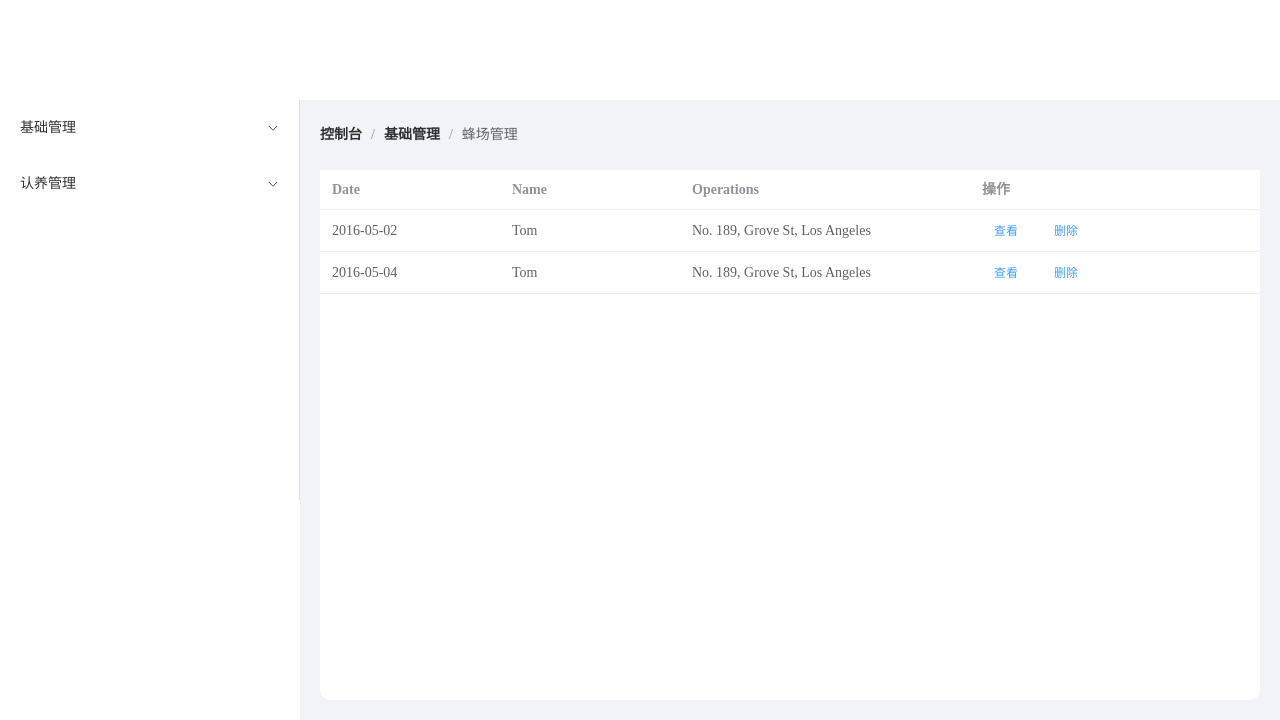
Repository: secret47/test-office-demo
Page: /dashboard/basic/farm
An editor plug-in stored every save of this project. The page is shown before and after a run of saves, followed by the edit.
The browser window is 1280 px wide. The pictures show the whole page.
The project was rebuilt for these pictures with package versions that can differ from the ones it lists, and the page was loaded fresh each time. Also part of the build but not shown: vite.config.js.

Above is the page before, as saved 2024-10-29 10:33:49.

### src/main.js
import { createApp } from 'vue'
import '@/style/main.scss'
import App from './App.vue'
import router from './router'

import lang from "./local"


import ElementPlus from "element-plus";
import 'element-plus/dist/index.css'
import * as ElementPlusIconsVue from '@element-plus/icons-vue'

const app = createApp(App);

for (const [key, component] of Object.entries(ElementPlusIconsVue)) {
    app.component(key, component)
}

app.use(lang)
app.use(ElementPlus)
app.use(router)
app.mount('#app')

### src/style/main.scss
* {
    padding: 0;
    margin: 0;
}

html,
body {
    width: 100%;
    height: 100%;
    background: #ffffff;
}

#app {
    width: 100%;
    height: 100%;
}

.main-container{
    width:100%;
    height: 100%;
}

### src/App.vue
<template>
  <!-- <div> -->
    <router-view />
  <!-- </div> -->
</template>

### src/router/index.js
import { createRouter, createWebHistory } from 'vue-router'
import layouts from "../layouts/index.vue"

const routes = [
    {
        path: '/',
        name: 'Login',
        component: () => import('@/views/login.vue'),
    },
    // 其他路由...
    {
        path: "/dashboard",
        name: "Dashboard",
        component: layouts,
        meta: {
            title: "控制中心"
        },
        children: [
            {
                path: "basic",
                name: "Basic",
                meta: {
                    title: "基础管理"
                },
                component: () => import("@/views/dashboard/basic/index.vue"),
                children: [
                    {
                        path: "farm",
                        name: "farm",
                        meta: {
                            title: "蜂场管理"
                        },
                        component: () => import("@/views/dashboard/basic/farm/index.vue"),
                    }
                ]

            }
        ]
    }
]

const router = createRouter({
    history: createWebHistory(),
    routes
})

export default router

### src/local/index.js
import { createI18n } from "vue-i18n";

import message from "./language"
const i18n = createI18n({
    locale: "zh",
    fallbackLocale: "zh",
    messages: message
})

export default i18n;

### src/layouts/index.vue
<template>
    <div class="layout">
        <el-container>
            <el-aside width="300px" class="side">
                <div class="logo"></div>
                <MenuComponent />
            </el-aside>
            <el-container class="container">
                <el-header>
                    <el-icon @click="toggleCollapse" class="toggle-icon">
                        <i class="toggle-icon-class"></i>
                    </el-icon>
                </el-header>
                <el-main>
                    <div class="bread">
                        <el-breadcrumb separator="/">
                            <el-breadcrumb-item :to="{ path: '/' }">控制台</el-breadcrumb-item>
                            <el-breadcrumb-item><a href="/">基础管理</a></el-breadcrumb-item>
                            <el-breadcrumb-item>蜂场管理</el-breadcrumb-item>
                        </el-breadcrumb>
                    </div>
                    <div class="main">
                        <router-view></router-view>
                    </div>
                </el-main>
            </el-container>
        </el-container>
    </div>
</template>

<script setup>
import MenuComponent from "./components/menu.vue"
import { ref } from 'vue';
const isCollapse = ref(false);
const toggleCollapse = () => {
    isCollapse.value = !isCollapse.value;
};
</script>

<style lang="scss" scoped>
.layout {
    width: 100%;
    height: 100%;

    .el-container {
        width: 100%;
        height: 100%;
    }

    .side {
        height: 100%;

        .logo {
            width: 100%;
            height: 100px;
        }
    }

    .container {
        width: calc(100% - 300px);
        height: 100%;

        .el-header {
            width: 100%;
            height: 100px;
            background: #ffffff;
        }

        .el-main {
            background: #F2F3F8;
            padding-top: 0;
            .bread {
                width: 100%;
                height: 70px;
                display: flex;
                flex-direction: column;
                justify-content: center;
            }

            .main {
                width: 100%;
                height: calc(100% - 70px);
                background: #ffffff;
                border-radius: 10px;
            }
        }
    }
}
</style>

### src/views/dashboard/basic/index.vue
<script setup lang="ts">
import { RouterView } from 'vue-router';
</script>

<template>
    <RouterView></RouterView>
</template>

### src/views/dashboard/basic/farm/index.vue
<template>
    <div class="main-container">
        <el-table :data="farmList" style="width: 100%">
            <el-table-column prop="date" label="Date" width="180"></el-table-column>
            <el-table-column prop="name" label="Name" width="180"></el-table-column>
            <el-table-column prop="address" label="Operations"></el-table-column>
            <el-table-column label="操作">
                <template #default="scope">
                    <el-button  type="text" size="small">查看</el-button>
                    <el-button  type="text" danger size="small">删除</el-button>
                </template>
            </el-table-column>
        </el-table>
    </div>
</template>
<script setup>
import { ref, reactive } from "vue"

const farmList = reactive([
    {
        date: '2016-05-02',
        name: 'Tom',
        address: 'No. 189, Grove St, Los Angeles'
    },
    {
        date: '2016-05-04',
        name: 'Tom',
        address: 'No. 189, Grove St, Los Angeles'
    }
])

</script>

### src/local/language/index.js
import zh from "./zh"
import en from "./en"

export default {
    ...en,
    ...zh
}

### src/layouts/components/menu.vue
<template>
    <el-menu class="menu">
        <el-sub-menu index="1" :collapse="isCollapse">
            <template #title>基础管理</template>
            <el-menu-item index="1-1">蜂场管理</el-menu-item>
            <el-menu-item index="1-2">蜂箱管理</el-menu-item>
        </el-sub-menu>
        <el-sub-menu index="2">
            <template #title>认养管理</template>
            <el-menu-item index="2-1">认养设置</el-menu-item>
        </el-sub-menu>
    </el-menu>
</template>

<script setup>
import { ref } from 'vue';
const isCollapse = ref(false);
</script>

<style lang="scss" scoped>
.menu:not(.el-menu--collapse) {
    width: 300px;
    min-height: 400px;
}
</style>

### src/local/language/zh.js
export default{
    zh:{
        title:"后台管理系统",
        login:"登录",
        username:"用户名",
        password:"密码",
        remember:"记住密码",
        forget:"忘记密码",
    }
}

### src/local/language/en.js
export default{
    en:{
        title:"system management"
    }
}

Loaded but not shown: index.html (common file)

After the next 2 saves:
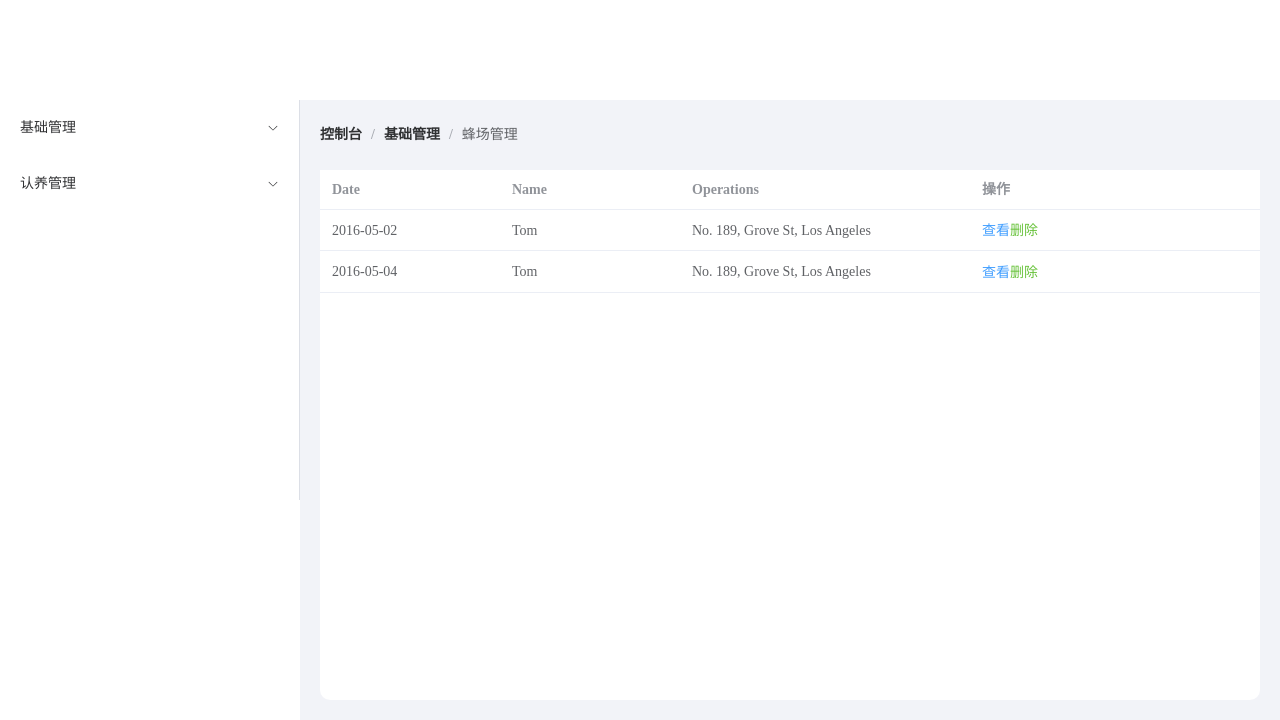
The 2 saves are shown as one change because 1 did not build or start.
The last was saved 60 s later.
--- a/src/views/dashboard/basic/farm/index.vue
+++ b/src/views/dashboard/basic/farm/index.vue
@@ -6,8 +6,8 @@
             <el-table-column prop="address" label="Operations"></el-table-column>
             <el-table-column label="操作">
                 <template #default="scope">
-                    <el-button  type="text" size="small">查看</el-button>
-                    <el-button  type="text" danger size="small">删除</el-button>
+                    <el-link type="primary">查看</el-link>
+                    <el-link type="success">删除</el-link>
                 </template>
             </el-table-column>
         </el-table>
